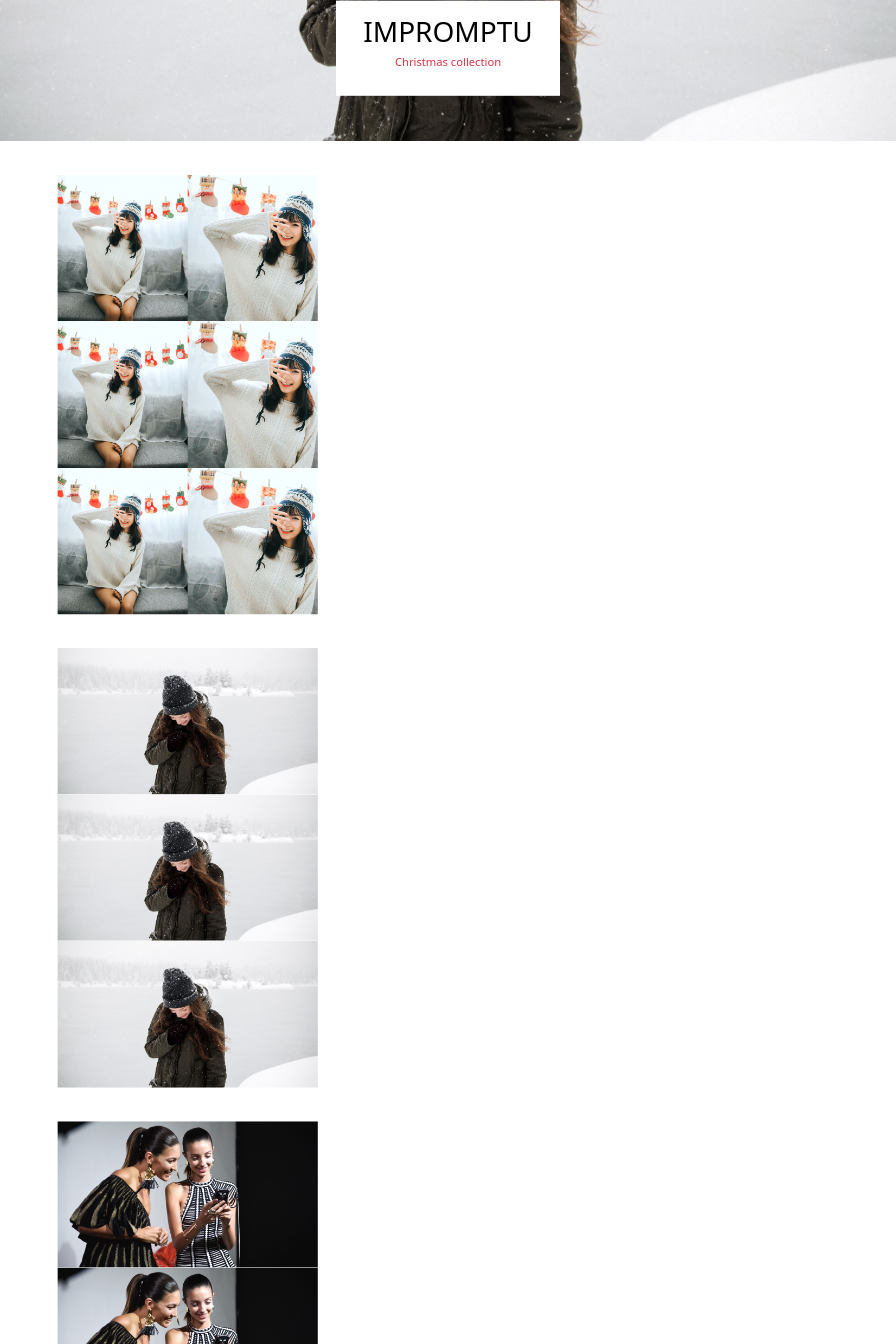
Repository: michalgornicki/Impromptu
Page: /
The author's editor kept a copy of each file at every save. The page is drawn from the files as they stood at one save, then again after a run of saves.
The browser window is 1280 px wide. The pictures show the part of the page from y = 547 to 2467 px (the page is 3407 px tall before and 3250 px after), at 70% of full size.
The project was rebuilt for these pictures with package versions that can differ from the ones it lists, and the page was loaded fresh each time.

Above is the page before, as saved 2021-12-23 14:37:08.

After the next 2 saves:
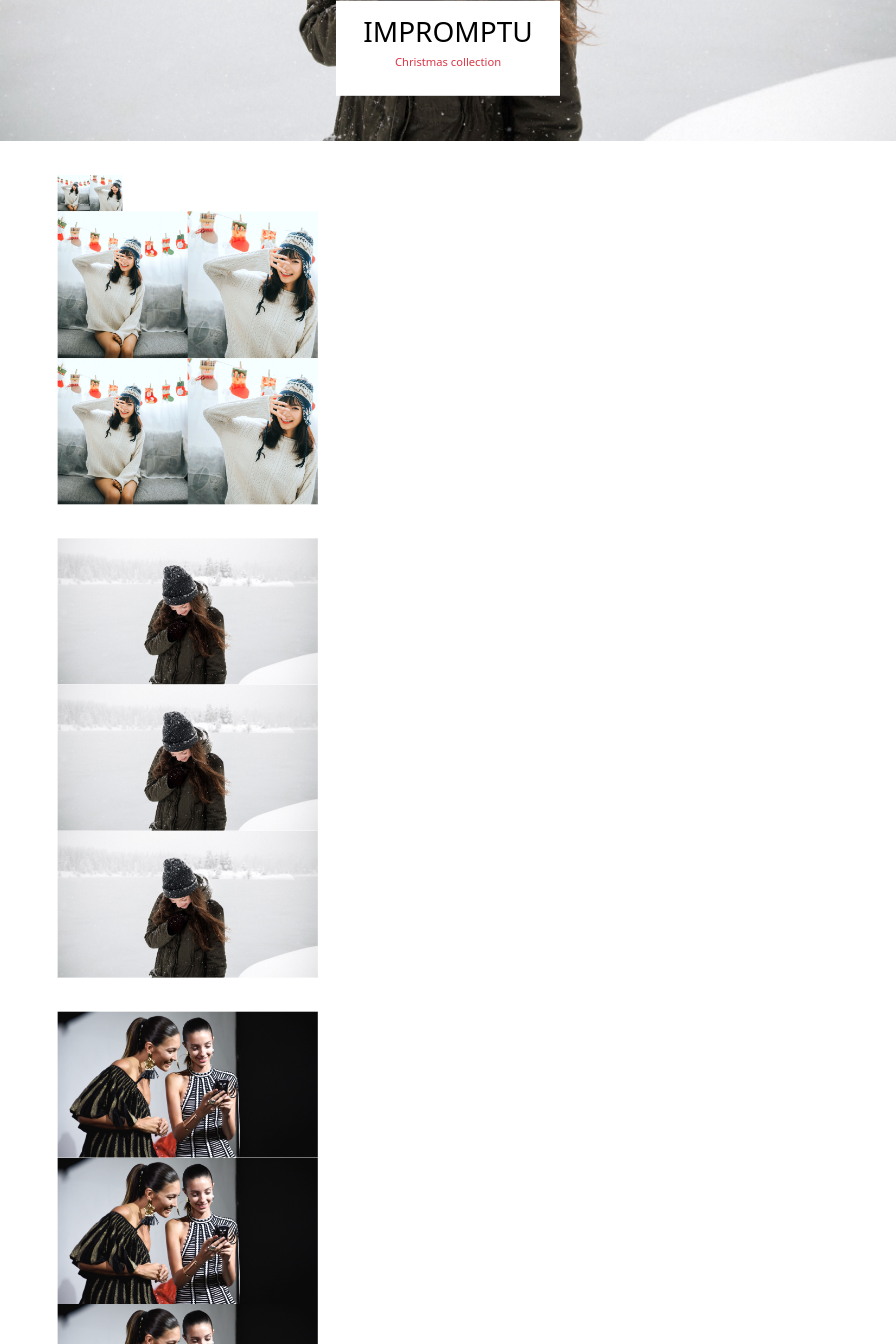
The 2 saves are shown as one change because they came seconds apart.
The last was saved 46 s later.
--- a/src/App.jsx
+++ b/src/App.jsx
@@ -193,7 +193,7 @@
 
 <Container className="mt-5">
 <div className="mb-5 flex flex-row">
-  <div className="overflow-hidden"><img className="grid-item" src={photo1} alt="" /></div>
+  <div className="overflow-hidden w-25"><img className="grid-item" src={photo1} alt="" /></div>
   <div className="overflow-hidden"><img className="grid-item" src={photo1} alt="" /></div>
   <div className="overflow-hidden"><img className="grid-item" src={photo1} alt="" /></div>
 </div>

After the 3 saves that followed:
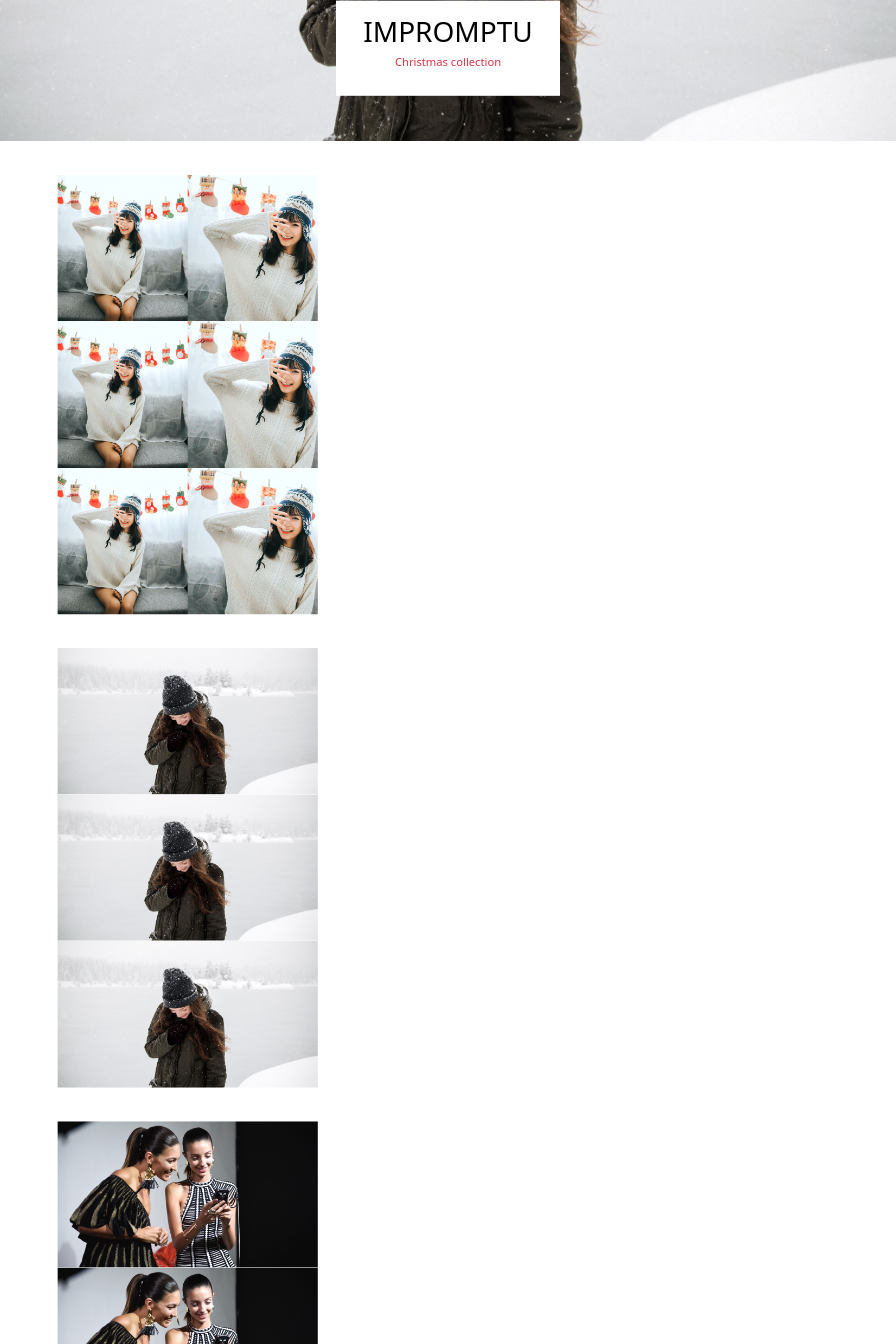
The 3 saves are shown as one change because they came seconds apart.
The last was saved 10 s later.
--- a/src/App.jsx
+++ b/src/App.jsx
@@ -193,9 +193,9 @@
 
 <Container className="mt-5">
 <div className="mb-5 flex flex-row">
-  <div className="overflow-hidden w-25"><img className="grid-item" src={photo1} alt="" /></div>
-  <div className="overflow-hidden"><img className="grid-item" src={photo1} alt="" /></div>
-  <div className="overflow-hidden"><img className="grid-item" src={photo1} alt="" /></div>
+  <div className="overflow-hidden w-33"><img className="grid-item" src={photo1} alt="" /></div>
+  <div className="overflow-hidden w-33"><img className="grid-item" src={photo1} alt="" /></div>
+  <div className="overflow-hidden w-33"><img className="grid-item" src={photo1} alt="" /></div>
 </div>
 <div className="mb-5">
 <div className="overflow-hidden"><img className="grid-item" src={photo2} alt="" /></div>
